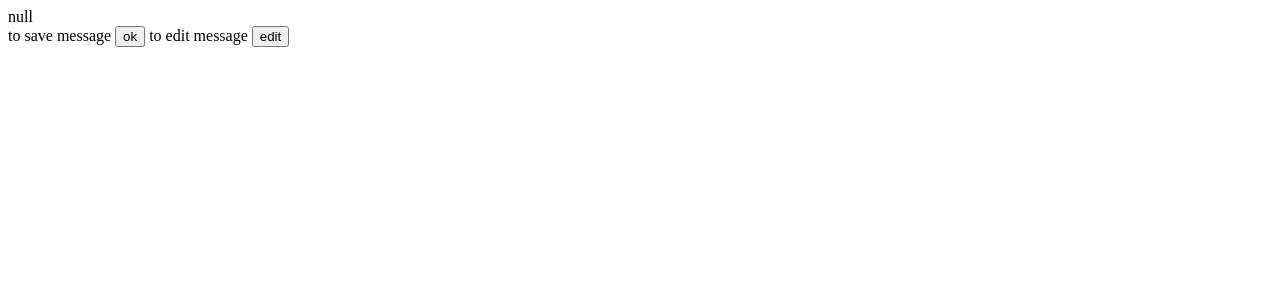
Repository: shiveshk/PullData
Page: http://localhost/Hams/message.jsp
The author's editor kept a copy of each file at every save. The page is drawn from the files as they stood at one save, then again after the next save.
The browser window is 1280 px wide. The pictures show the whole page.
The page is served by Tomcat 9. Nobody is signed in. The application's start-up code is not run.

Above is the page before, as saved 2015-11-09 07:29:42.

After the next save:
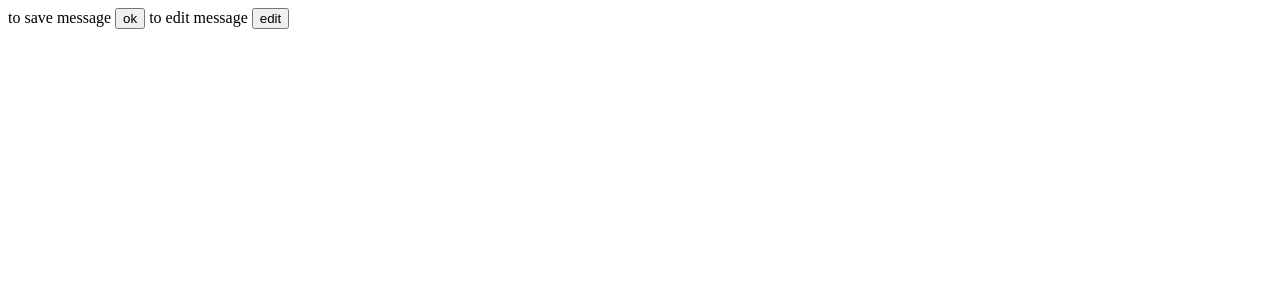
Saved 4 min 5 s later.
--- a/Hams/WebContent/message.jsp
+++ b/Hams/WebContent/message.jsp
@@ -7,9 +7,7 @@
 <title>Insert title here</title>
 </head>
 <body>
-<% String message = (String)request.getSession().getAttribute("message");
-out.println(message);
-%>
+
 
 <form action="SaveOrEditAppointmentServlet" method="post">
 to save message <input type="submit" name="act" value="ok" /><b></b>
